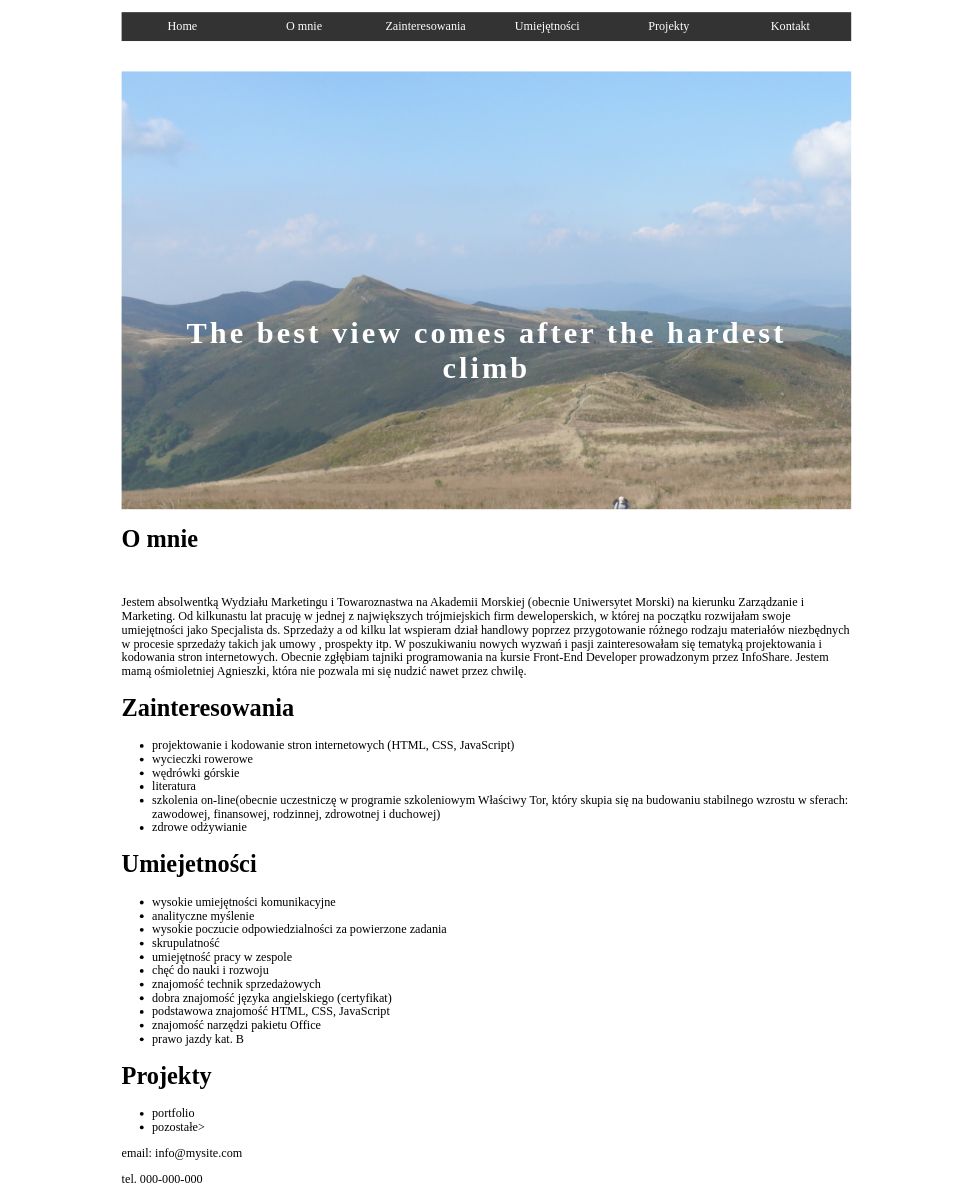
Repository: MagJaw/portfolio
Page: portfolio.html
The author's editor kept a copy of each file at every save. The page is drawn from the files as they stood at one save, then again after the next save.
The browser window is 1280 px wide. The pictures show the whole page, at 76% of full size.

Above is the page before, as saved 2018-11-12 00:56:22.

### portfolio.html
<!DOCTYPE html>
<html lang="pl">
<head>
    <meta charset="UTF-8">
    <meta name="viewport" content="width=device-width, initial-scale=1.0">
    <meta http-equiv="X-UA-Compatible" content="ie=edge">
    <link rel="stylesheet" href="main.css">
    <title>Portfolio</title>
</head>
<body>
    <div id="wrapper">
        <nav role="navigation"class="menu__container">
            <ul class="menu">
                <li class="menu__section">
                    <a href="#section1">Home</a>
                </li>
                <li class="menu__section">
                    <a href="#section2">O mnie</a>
                </li>
                <li class="menu__section">
                    <a href="#section3">Zainteresowania</a>
                </li>
                <li class="menu__section">
                    <a href="#section4">Umiejętności</a>
                </li>
                <li class="menu__section">
                    <a href="#section5">Projekty</a>
                </li>
                <li class="menu__section">
                    <a href="#section6">Kontakt</a>
                </li>
            </ul>
        </nav>
        <div class="motto__container">
            <blockquote><b>The best view comes after the hardest climb</b></blockquote>
        </div>

        <div class="section2">
            <h1 class="header__section">O mnie</h1>
            <img src="" class="my__photo">
            <p> Jestem absolwentką Wydziału Marketingu i Towaroznastwa na Akademii Morskiej (obecnie Uniwersytet Morski) na kierunku Zarządzanie i Marketing. Od kilkunastu lat pracuję w jednej z największych trójmiejskich firm deweloperskich, w której na początku rozwijałam swoje umiejętności jako Specjalista ds. Sprzedaży a od kilku lat wspieram dział handlowy poprzez przygotowanie różnego rodzaju materiałów niezbędnych w procesie sprzedaży takich jak umowy , prospekty itp. W poszukiwaniu nowych wyzwań i pasji zainteresowałam się tematyką projektowania i kodowania stron internetowych. Obecnie zgłębiam tajniki programowania na kursie Front-End Developer prowadzonym przez InfoShare. Jestem mamą ośmioletniej Agnieszki, która nie pozwala mi się nudzić nawet przez chwilę.</p>
        </div>
        <div class="section3">
            <h1 class="header__section">Zainteresowania</h1>
            <ul>
                <li>projektowanie i kodowanie stron internetowych (HTML, CSS, JavaScript)</li>
                <li>wycieczki rowerowe</li>
                <li>wędrówki górskie</li>
                <li>literatura</li>
                <li>szkolenia on-line(obecnie uczestniczę w programie szkoleniowym Właściwy Tor, który skupia się na budowaniu stabilnego wzrostu w sferach: zawodowej, finansowej, rodzinnej, zdrowotnej i duchowej)</li>
                <li>zdrowe odżywianie</li>
            </ul>
        </div>
        <div class="section4">
            <h1 class="header__section">Umiejetności</h1>
            <ul>
                <li>wysokie umiejętności komunikacyjne</li>
                <li>analityczne myślenie</li>
                <li>wysokie poczucie odpowiedzialności za powierzone zadania</li>
                <li>skrupulatność</li>
                <li>umiejętność pracy w zespole</li>
                <li>chęć do nauki i rozwoju</li>
                <li>znajomość technik sprzedażowych</li>
                <li>dobra znajomość języka angielskiego (certyfikat)</li>
                <li>podstawowa znajomość HTML, CSS, JavaScript</li>
                <li>znajomość narzędzi pakietu Office</li>
                <li>prawo jazdy kat. B</li>
            </ul>
        </div>
        <div class="section5">
            <h1 class="header__section">Projekty</h1>
            <ul>
                <li>portfolio</li>
                <li>pozostałe></li>
            </ul>
        </div>
        <div class="section6">
            <p>email: info@mysite.com</p>
            <p>tel. 000-000-000</p>
        </div>
    </div>
</body>
</html>

### main.css
#wrapper {
    width: 100%;
    max-width: 960px;
    margin: 0 auto;
}

.menu__container {
background:  #333;
}

.menu {
    list-style-type: none;
    padding: 0;
}

.menu__container a {
    text-decoration: none;
    text-align: center;
    color: #fff;
    display: block;
    padding: 10px;
}

.menu__container a:hover {
background-color: #555;
}

.motto__container {
width: 100%;
height: 45vw;
background-image: url(tapeta.jpg);
background-color: #555;
opacity: 0.8;
}

blockquote {
font-size: 2.5em;
letter-spacing: 0.1em;
color: #fff;
text-align: center;
padding: 25vw 0;
opacity: 1;
}

@media screen and (min-width: 768px){

.menu {
display: flex;
}

.menu__section {
flex: 1 1 0;
}

}

After the next save:
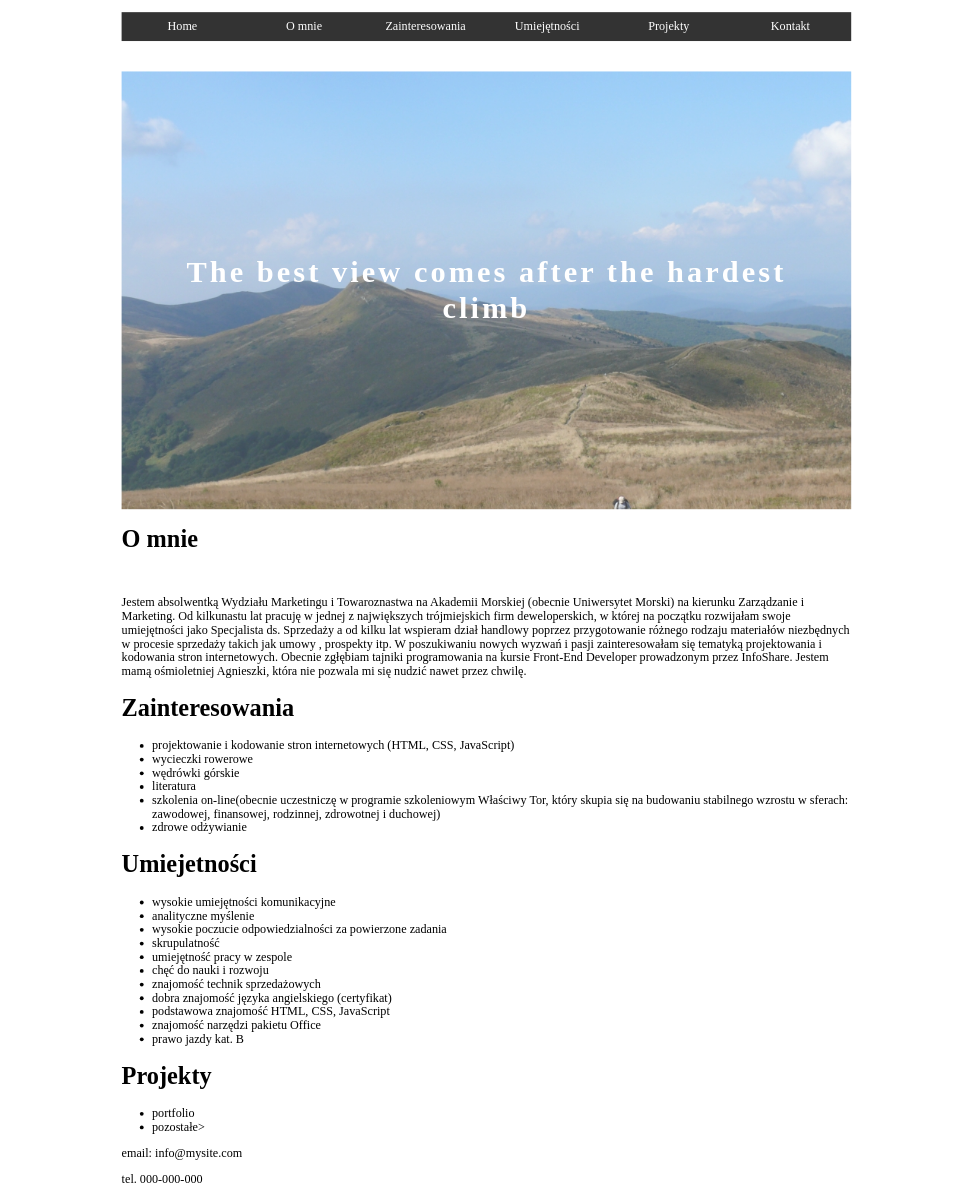
Saved 42 s later.
--- a/main.css
+++ b/main.css
@@ -38,7 +38,7 @@ font-size: 2.5em;
 letter-spacing: 0.1em;
 color: #fff;
 text-align: center;
-padding: 25vw 0;
+padding: 25% 0;
 opacity: 1;
 }
 
